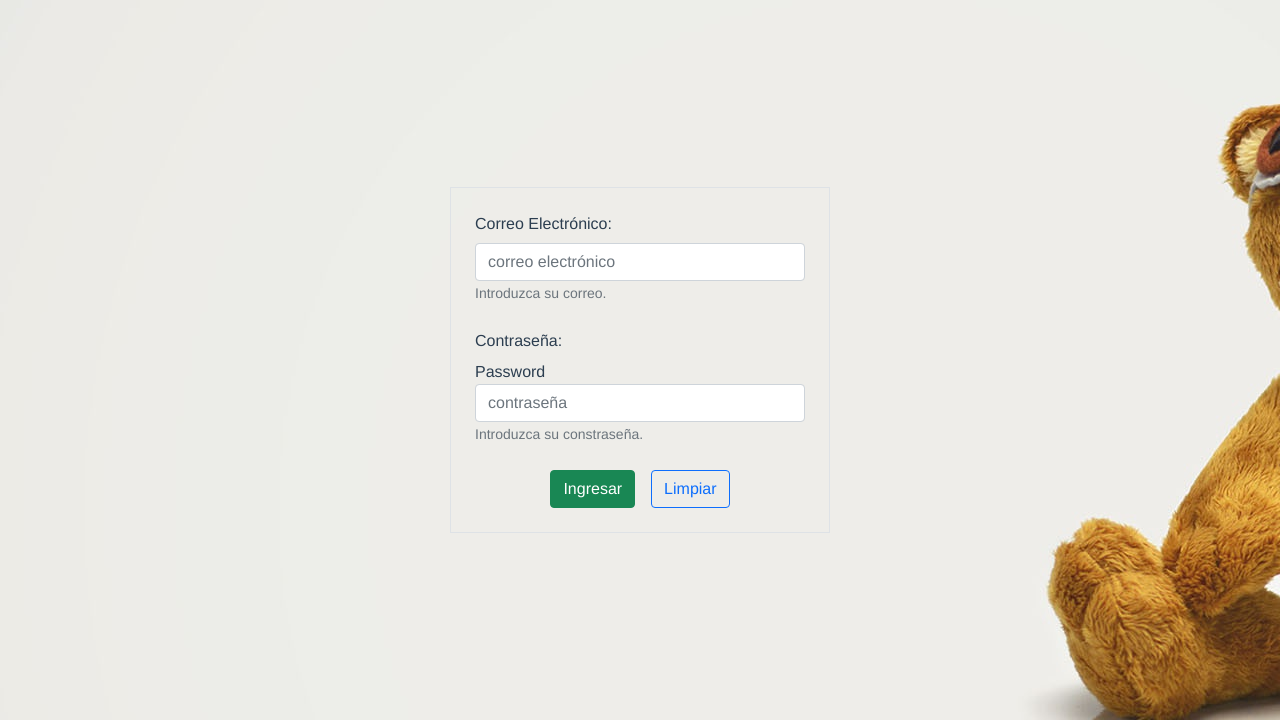
Repository: Darigo30/prueba-jugueteria
Page: /login
The author's editor kept a copy of each file at every save. The page is drawn from the files as they stood at one save, then again after the next save.
The browser window is 1280 px wide. The pictures show the whole page.
Some web fonts or font styles are not loaded; a fallback is used. The project was rebuilt for these pictures with package versions that can differ from the ones it lists, and the page was loaded fresh each time. Also part of the build but not shown: src/components/Editar.vue, src/components/Tabla.vue, src/components/Agregar.vue, src/views/Home.vue.

Above is the page before, as saved 2021-05-30 21:11:47.

After the next save:
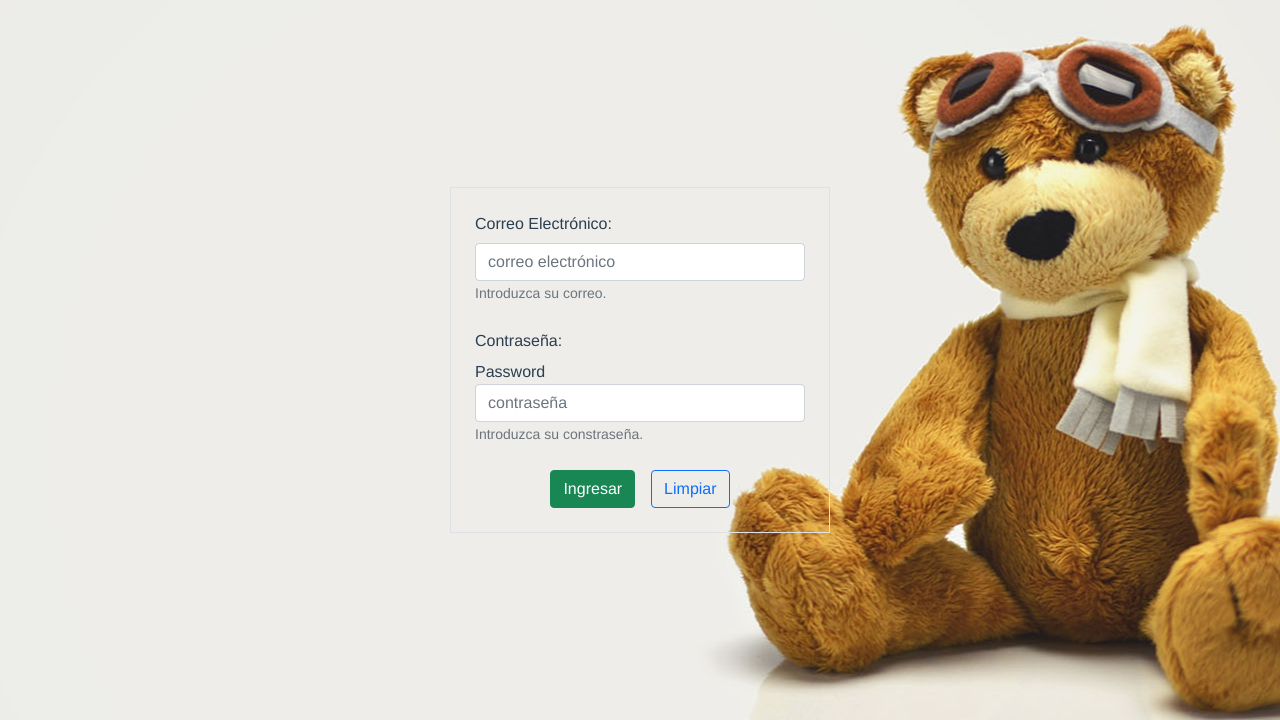
Saved 54 s later.
--- a/src/views/Login.vue
+++ b/src/views/Login.vue
@@ -84,5 +84,7 @@ export default {
 <style scoped>
     .bg{
       background-image: url('../assets/osito.jpg');
+      background-position: center;
+      background-repeat: no-repeat;
   }
 </style>
